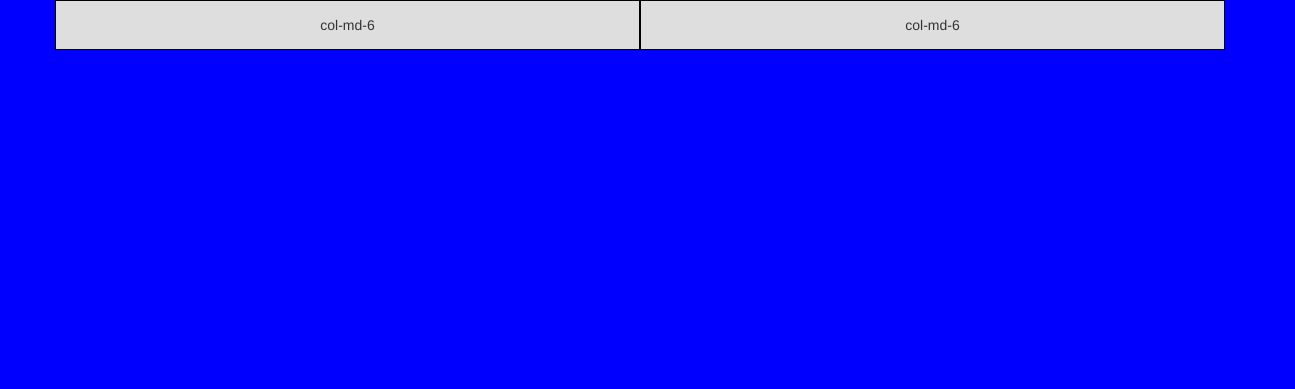
Repository: risayoshinaga/kadai-monolist
Page: bootstrap_lesson10.html
The author's editor kept a record of every edit. The page is drawn from the files as they stood at one moment, then again after the next edit.
The browser window is 1280 px wide. The page is 1280 px wide, then 1295 px, so the pictures cover 1295 px, including what lies to the right of the window. The pictures show the whole page.

Above is the page before.

After the next edit:
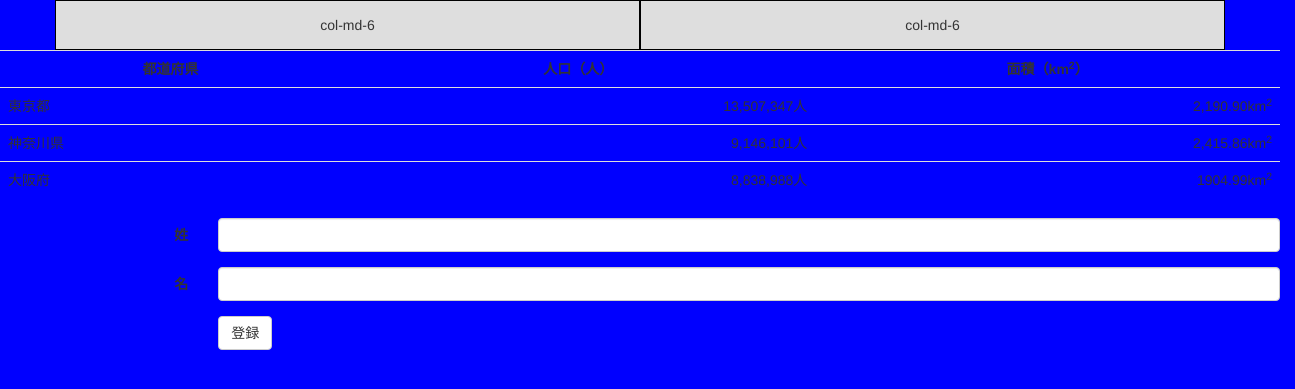
The edit:
--- a/bootstrap_lesson10.html
+++ b/bootstrap_lesson10.html
@@ -31,5 +31,52 @@
                 <div class="col-md-6">col-md-6</div>
             </div>
         </div>
+        <table class="table">
+    <tr>
+        <th class="text-center">都道府県</th>
+        <th class="text-center">人口（人）</th>
+        <th class="text-center">面積（km<sup>2</sup>）</th>
+    </tr>
+    <tr>
+        <td>東京都</td>
+        <td class="text-right">13,507,347人</td>
+        <td class="text-right">2,190.90km<sup>2</sup></td>
+    </tr>
+    <tr>
+        <td>神奈川県</td>
+        <td class="text-right">9,146,101人</td>
+        <td class="text-right">2,415.86km<sup>2</sup></td>
+    </tr>
+    <tr>
+        <td>大阪府</td>
+        <td class="text-right">8,838,988人</td>
+        <td class="text-right">1904.99km<sup>2</sup></td>
+    </tr>
+</table>
+<form class="form-horizontal">
+  <!-- "form-group" expresses a row -->
+  <div class="form-group">
+    <label class="col-xs-2 control-label">姓</label>
+    <div class="col-xs-10">
+      <input type="text" class="form-control" name="lastname">
+    </div>
+  </div>
+
+  <!-- row -->
+  <div class="form-group">
+    <label class="col-xs-2 control-label">名</label>
+    <div class="col-xs-10">
+      <input type="text" class="form-control" name="
+      firstname">
+    </div>
+  </div>
+
+  <!-- row -->
+  <div class="form-group">
+    <div class="col-xs-offset-2 col-sm-10">
+      <button type="submit" class="btn btn-default">登録</button>
+    </div>
+  </div>
+</form>
     </body>
 </html>
